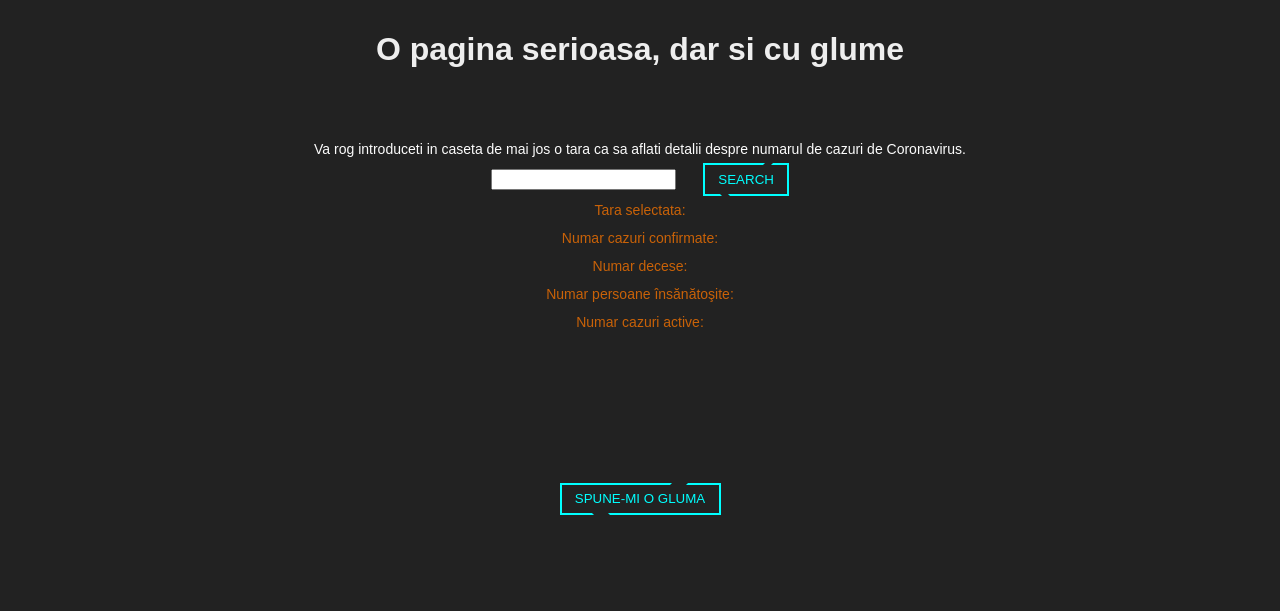
Repository: vladturturica97/proiect-cc2
Page: server/frontend/index.html
The author's editor kept a record of every edit. The page is drawn from the files as they stood at one moment, then again after the next edit.
The browser window is 1280 px wide. The pictures show the whole page.

Above is the page before.

After the next edit:
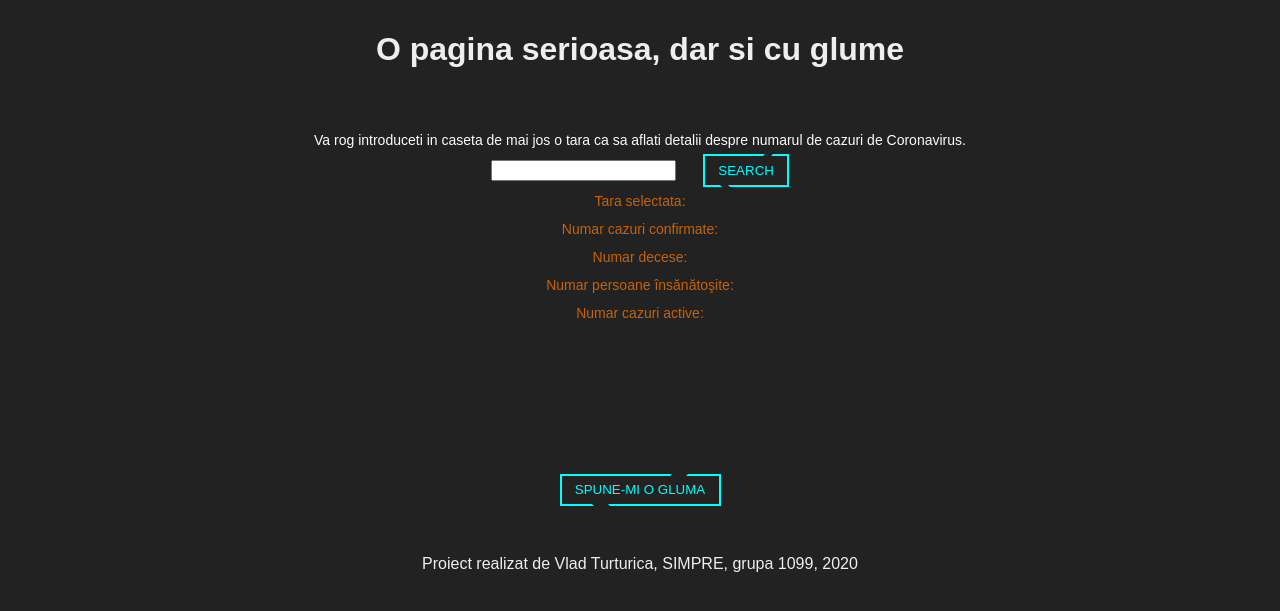
The edit:
--- a/server/frontend/index.html
+++ b/server/frontend/index.html
@@ -212,5 +212,7 @@
         <label id="jokeSetup"> </label><br>
         <span class="spoiler2"> <label id="jokePunchline">              </label> </span>
     </p>
+
 </body>
+    <footer>Proiect realizat de Vlad Turturica, SIMPRE, grupa 1099, 2020</footer>
 </html>
